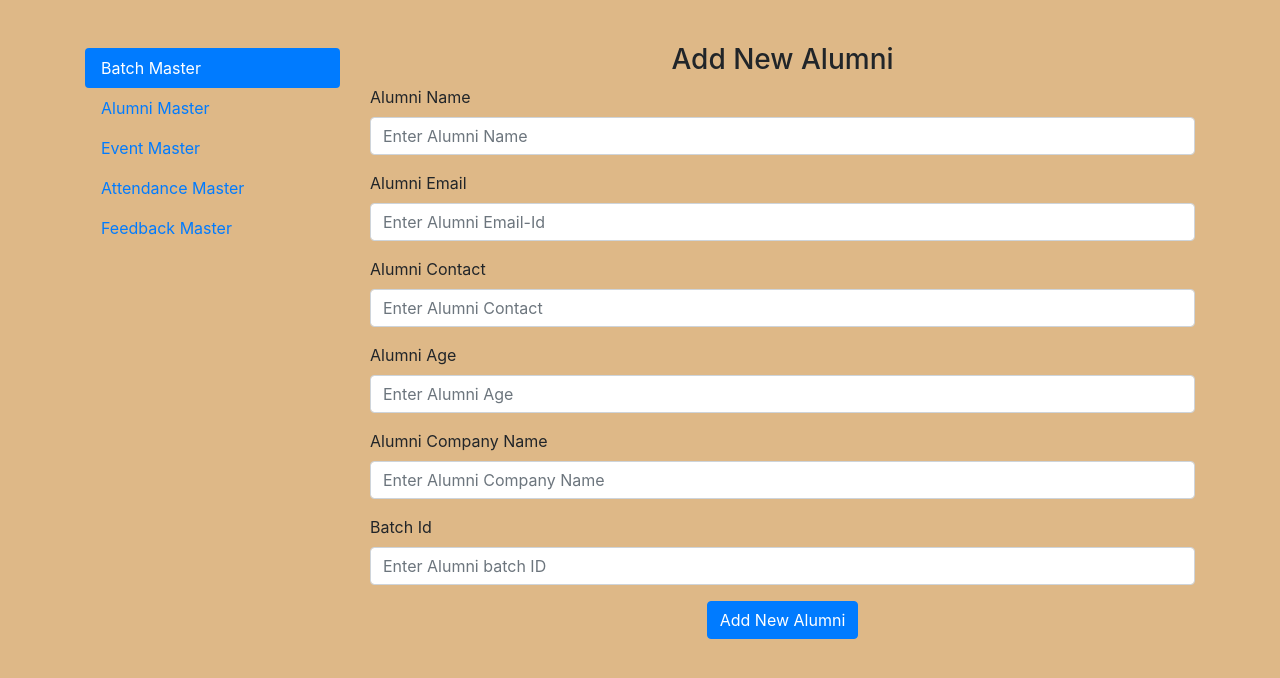
Repository: Shreyash1107/Web_Projects
Page: http://localhost/AlumnieventmanagementApplication/AddAlumni.jsp
An editor plug-in stored every save of this project. The page is shown before and after the next save, followed by the edit.
The browser window is 1280 px wide. The pictures show the whole page.
The page is served by Tomcat 9. Nobody is signed in. The application's start-up code is not run. Other server files are loaded and not shown.

Above is the page before, as saved 2024-08-02 08:19:32.

### AlumnieventmanagementApplication/src/main/webapp/AddAlumni.jsp
<%@ page language="java" contentType="text/html; charset=ISO-8859-1"
	pageEncoding="ISO-8859-1"%>
<!DOCTYPE html>
<html>
<head>
<meta charset="ISO-8859-1">
<title>Adding Alumni</title>
<link rel="stylesheet"
	href="https://cdn.jsdelivr.net/npm/bootstrap@4.0.0/dist/css/bootstrap.min.css"
	integrity="sha384-Gn5384xqQ1aoWXA+058RXPxPg6fy4IWvTNh0E263XmFcJlSAwiGgFAW/dAiS6JXm"
	crossorigin="anonymous">
	<link rel="stylesheet" href="CSS/Addalumni.css"/>
</head>
<body>
	<div class="container mt-5">
		<div class="row">
			<div class="col-md-3">
				<div class="nav flex-column nav-pills menubar" id="v-pills-tab"
					role="tablist" aria-orientation="vertical">
					<a class="nav-link active" id="v-pills-home-tab" data-toggle="pill"
						href="index.jsp" role="tab" aria-controls="v-pills-home"
						aria-selected="true">Batch Master</a> <a class="nav-link"
						id="v-pills-profile-tab" data-toggle="pill"
						href="Alumnimaster.jsp" role="tab" aria-controls="v-pills-profile"
						aria-selected="false">Alumni Master</a> <a class="nav-link"
						id="v-pills-messages-tab" data-toggle="pill"
						href="#v-pills-messages" role="tab"
						aria-controls="v-pills-messages" aria-selected="false">Event
						Master</a>
						<a class="nav-link" id="v-pills-attendance-tab"
                        data-toggle="pill" href="#v-pills-attendance" role="tab"
                        aria-controls="v-pills-settings" aria-selected="false">Attendance
                        Master</a>
                    <a class="nav-link" id="v-pills-feedback-tab"
                        data-toggle="pill" href="#v-pills-feedback" role="tab"
                        aria-controls="v-pills-settings" aria-selected="false">Feedback
                        Master</a>
				</div>
			</div>
			<div class="col-md-9 content">
				<div class="tab-content" id="v-pills-tabContent">
					<div class="tab-pane fade show active" id="v-pills-home"
						role="tabpanel" aria-labelledby="v-pills-home-tab">
						<div class="form-container mt-5">
							<h3 class="text-center">Add New Alumni</h3>
							<form name='frm' id="frm" action='alumni' method='POST'
								onsubmit="validateName()">
								<div class="form-group">
									<label for="txtBatch">Alumni Name</label> <input type="text"
										name="alumniName" id="txtBatch" class="form-control"
										placeholder="Enter Alumni Name" onkeyup="validateBatch()"
										autocomplete="off"> <span id="s"></span>
								</div>
								<div class="form-group">
									<label for="txtBatch">Alumni Email</label> <input type="email"
										name="Email" id="txtBatch" class="form-control"
										placeholder="Enter Alumni Email-Id" onkeyup="validateBatch()"
										autocomplete="off"> <span id="s"></span>
								</div>
								<div class="form-group">
									<label for="txtBatch">Alumni Contact</label> <input
										type="contact" name="Contact" id="txtBatch"
										class="form-control" placeholder="Enter Alumni Contact"
										onkeyup="validateBatch()" autocomplete="off"> <span
										id="s"></span>
								</div>
								<div class="form-group">
									<label for="txtBatch">Alumni Age</label> <input type="number"
										name="Age" id="txtBatch" class="form-control"
										placeholder="Enter Alumni Age" onkeyup="validateBatch()"
										autocomplete="off"> <span id="s"></span>
								</div>
								<div class="form-group">
									<label for="txtBatch">Alumni Company Name</label> <input
										type="text" name="compname" id="txtBatch" class="form-control"
										placeholder="Enter Alumni Company Name"
										onkeyup="validateBatch()" autocomplete="off"> <span
										id="s"></span>
								</div>
								<div class="form-group">
									<label for="txtBatch">Batch Id</label> <input type="number"
										name="batch" id="txtBatch" class="form-control"
										placeholder="Enter Alumni batch ID" onkeyup="validateBatch()"
										autocomplete="off"> <span id="s"></span>
								</div>
								<div class="form-group d-flex justify-content-center">
									<input type='submit' name='s' id="btn" value='Add New Alumni'
										class="btn btn-primary" />
								</div>
							</form>
						</div>
					</div>
					<div class="tab-pane fade" id="v-pills-profile" role="tabpanel"
						aria-labelledby="v-pills-profile-tab"></div>
					<div class="tab-pane fade" id="v-pills-messages" role="tabpanel"
						aria-labelledby="v-pills-messages-tab"></div>
					<div class="tab-pane fade" id="v-pills-settings" role="tabpanel"
						aria-labelledby="v-pills-settings-tab"></div>
				</div>
			</div>
		</div>
	</div>
</body>
</html>

### AlumnieventmanagementApplication/src/main/webapp/CSS/Addalumni.css
@charset "ISO-8859-1";
body
{
	background-color:burlywood;
	overflow: hidden;
}
.text-center
{
	margin-top: -53px;
}

After the next save:
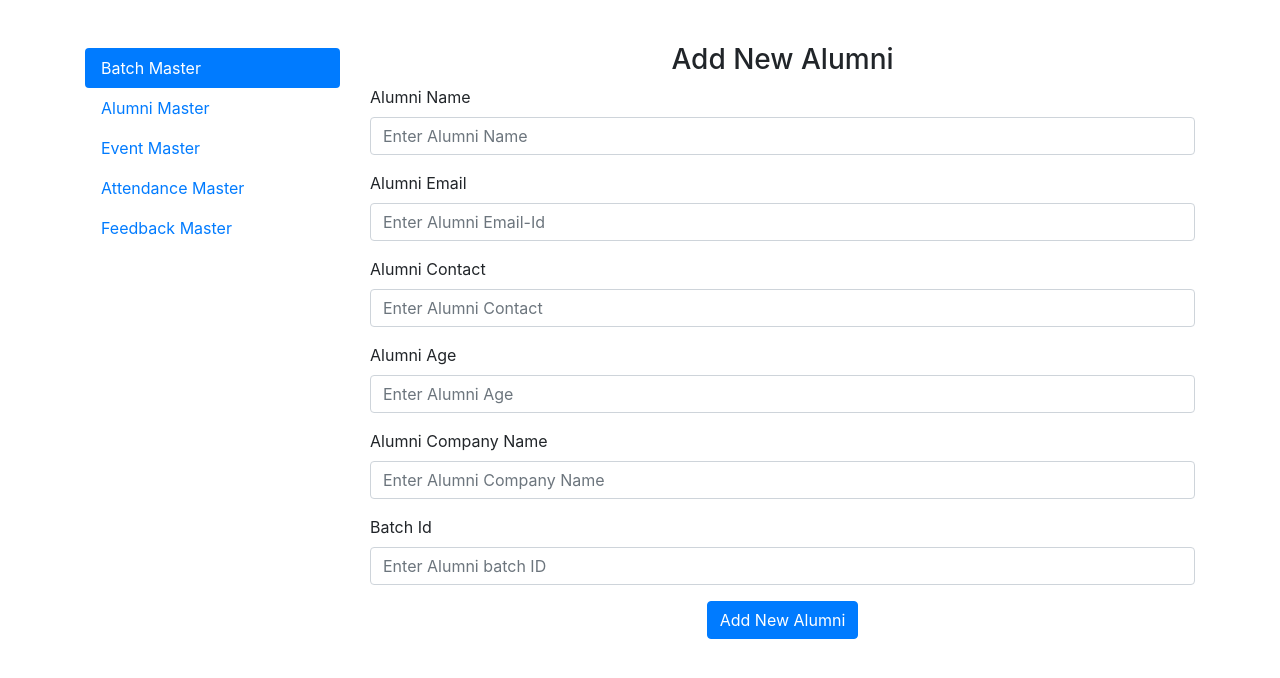
Saved 31 s later.
--- a/AlumnieventmanagementApplication/src/main/webapp/CSS/Addalumni.css
+++ b/AlumnieventmanagementApplication/src/main/webapp/CSS/Addalumni.css
@@ -1,7 +1,6 @@
 @charset "ISO-8859-1";
 body
 {
-	background-color:burlywood;
 	overflow: hidden;
 }
 .text-center
